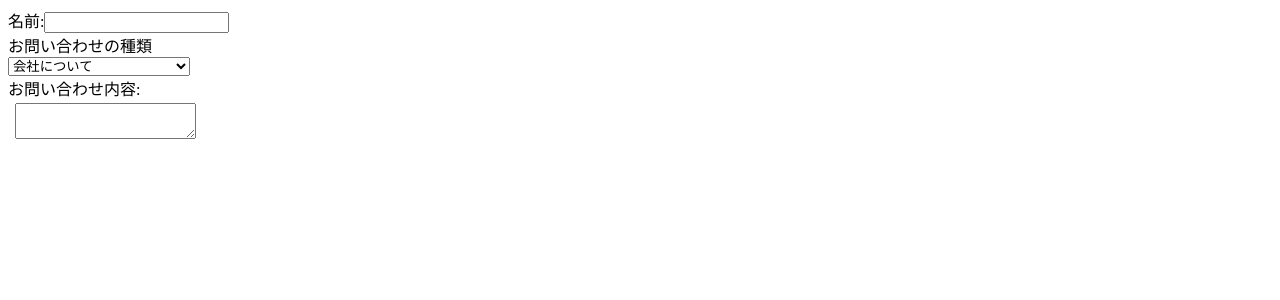
Repository: user-yo-yo/test
Page: http://localhost/WebProj2/inquiry.jsp
These files come from the project's save history. The page is drawn as it stood at one moment and after the next save; the edit follows.
The browser window is 1280 px wide. The pictures show the whole page.
The page is served by Tomcat 9.

Above is the page before, as saved 2019-02-22 08:24:18.

After the next save:
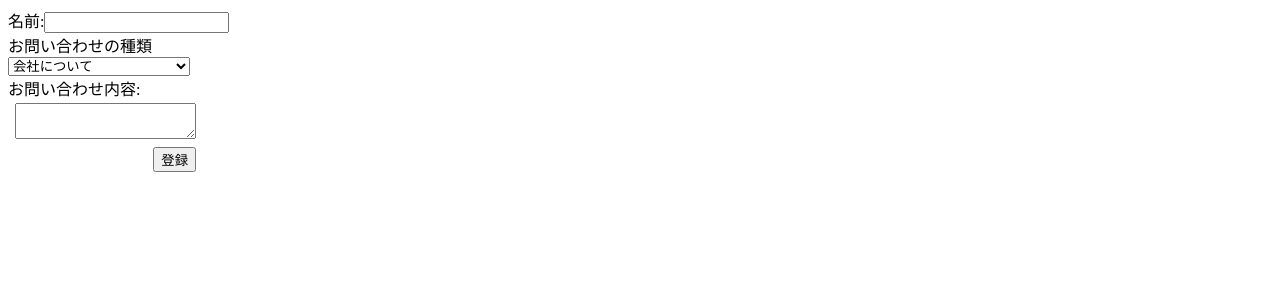
Saved 11 s later.
--- a/WebProj2/WebContent/inquiry.jsp
+++ b/WebProj2/WebContent/inquiry.jsp
@@ -19,7 +19,7 @@
 	<br>
 	お問い合わせ内容:
 	<s:textarea name="body"/>
-	<br><s/submit value="登録"/>
+	<br><s:submit value="登録"/>
 </s:form>
 </body>
 </html>
